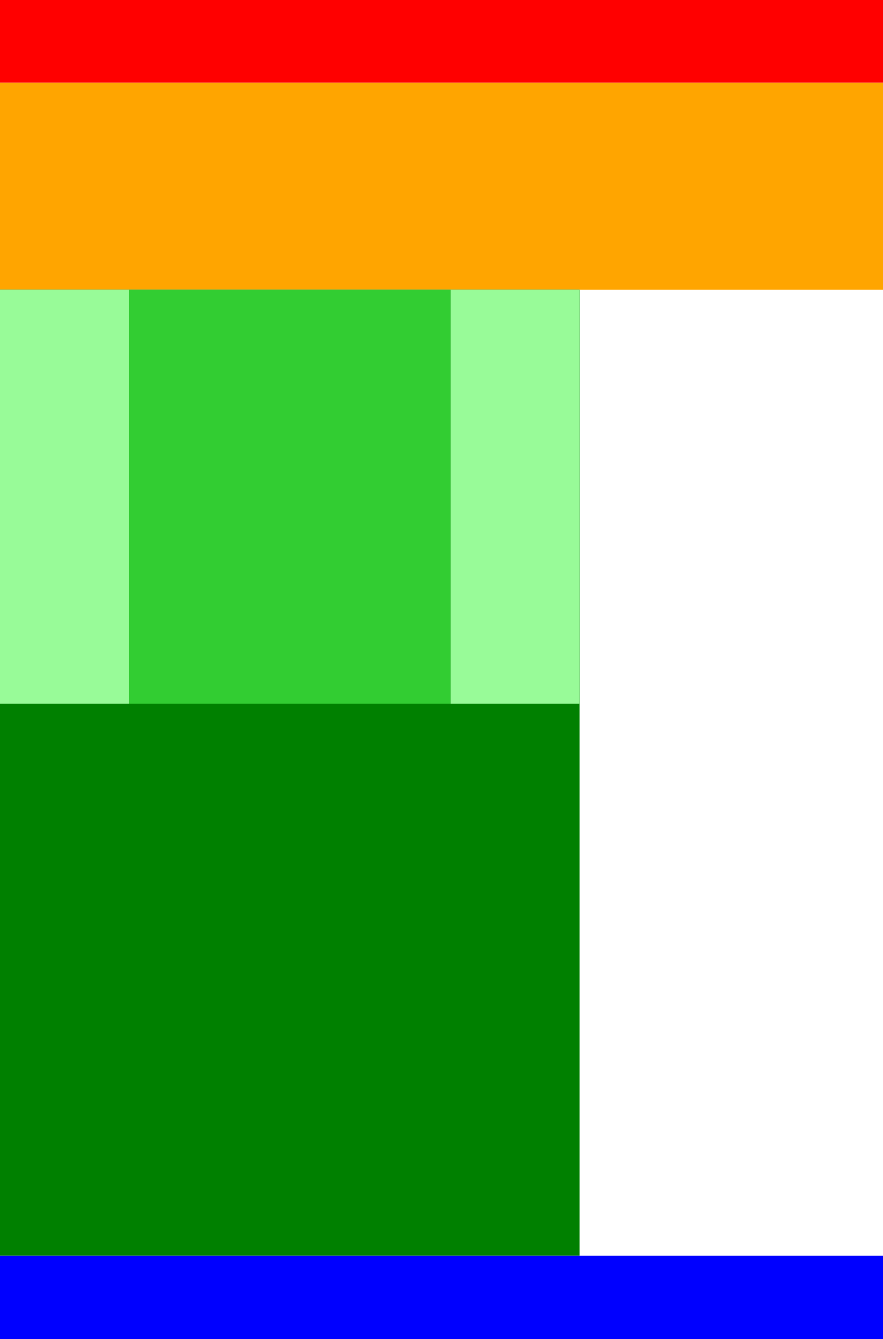
Repository: 39506KK/ALL
Page: caravan/chapter4.html
The author's editor kept a record of every edit. The page is drawn from the files as they stood at one moment, then again after the next edit.
The browser window is 1280 px wide. The pictures show the whole page, at 69% of full size.

Above is the page before.

### caravan/chapter4.html
<!DOCTYPE html>
<html lang="ja">

  <head>

    <meta charset="UTF-8" />
    <!-- CSSファイルの読み込み -->
    <link rel="stylesheet" href="chapter4.css" />
    <title> 4章演習問題</title>

  </head>

  <body>
    <!-- header用のdiv -->
    <div class="header">
    </div>

    <!-- main-visual用のdiv -->
    <div class="main-visual">
    </div>

    <!-- main用のdiv -->
    <div class="main">
      <div class="sidebar"></div>
      <div class="blog"></div>
      <div class="sidebar"></div>
    </div>

    <!-- footer用のdiv -->
    <div class="footer"></div>

  </body>





</html>

### caravan/chapter4.css
/* ブラウザがそれぞれ持っているCSSをリセットするための記述 */
* {
  margin: 0;
  padding: 0;
  box-sizing: border-box;
}

.header {
  width: 100%; /* 横幅いっぱい */
  height: 120px; /* 高さ120px */
  background-color: red; /* 背景色red */
}

.header-top {
  width: 100%; /* 横幅いっぱい */
  height: 70px; /* 高さ70px */
  background-color: hotpink; /* 背景色hotpink */
}

.header-bottom {
  width: 100%; /* 横幅いっぱい　*/
  height: 50px; /* 高さ50px */
  background-color: pink; /* 背景色pink */
}

.main-visual {
  width: 100%; /* 横幅いっぱい */
  height: 300px; /* 高さ300px */
  background-color: orange; /* 背景色orange */
}

.main-visual-content {
  width: 350px; /* 横幅350px */
  height: 300px; /* 高さ300px */
  background-color: gold; /* 背景色gold */
}

.main {
  width: 840px; /* 横幅840px */
  height: 1400px; /* 高さ1400px(多めに設定) */
  background-color: green; /* 背景色green */
  display: flex; /* Flexboxの利用 */
  justify-content: center; /* 子要素の横並び・中央寄せ */
}

.blog {
  width: 600px; /* 横幅600px */
  height: 600px; /* 高さ600px */
  background-color: limegreen; /* 背景色limegreen */
}

.sidebar {
  width: 240px; /* 横幅240px */
  height: 600px; /* 高さ600px */
  background-color: palegreen; /* 背景色palegreen */
}

.footer {
  width: 100%; /* 横幅いっぱい */
  height: 120px; /* 高さ120px */
  background-color: blue; /* 背景色blue */
}

After the next edit:
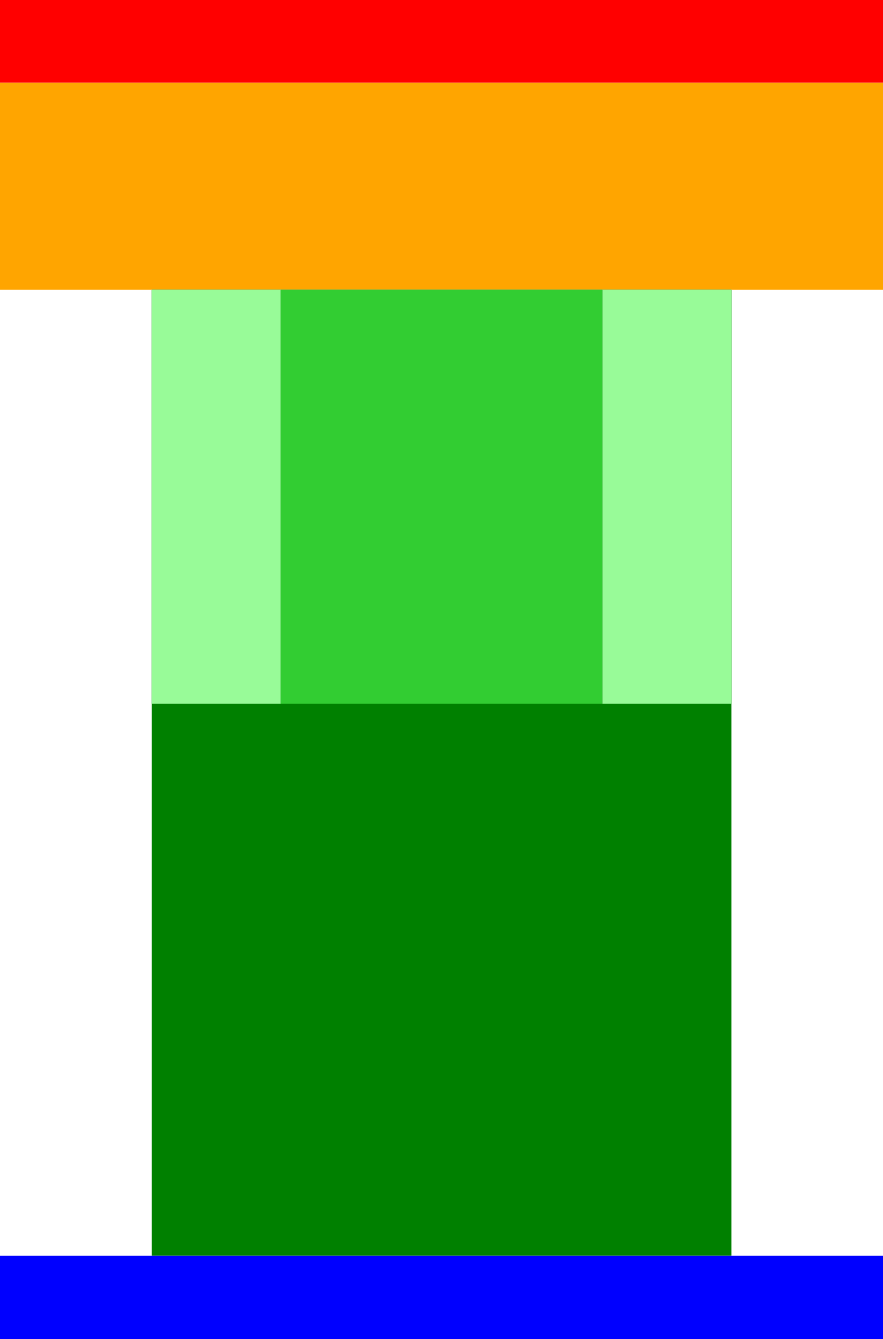
The edit:
--- a/caravan/chapter4.css
+++ b/caravan/chapter4.css
@@ -41,6 +41,7 @@
   background-color: green; /* 背景色green */
   display: flex; /* Flexboxの利用 */
   justify-content: center; /* 子要素の横並び・中央寄せ */
+  margin: 0 auto; /* 中央寄せ(左右に余白がないとできない)　*/
 }
 
 .blog {
